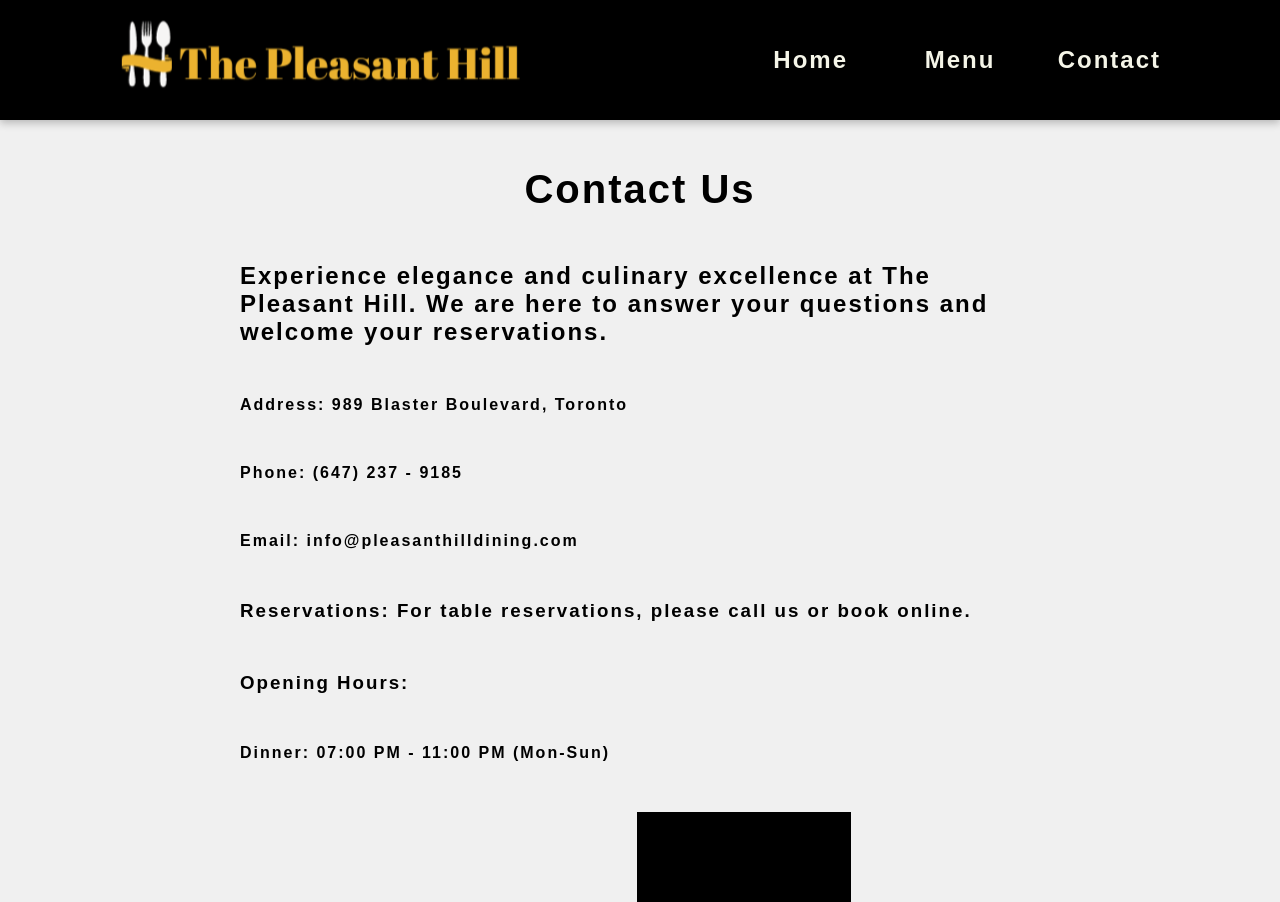
Repository: shayanabedi98/pleasant-hill-restaurant
Page: /, after clicking the first element matching `ul > :nth-child(3)`
An editor plug-in stored every save of this project. The page is shown before and after the next save, followed by the edit.
The browser window is 1280 px wide. The pictures show the part of the page from y = 0 to 902 px (the page is 1462 px tall before and 1302 px after).
Pictures or frames that could not be fetched are drawn as grey boxes. Some web fonts or font styles are not loaded; a fallback is used. The project was rebuilt for these pictures with package versions that can differ from the ones it lists, and the page was loaded fresh each time. Also part of the build but not shown: vite.config.js, src/components/MenuList.jsx, src/components/Appetizers.jsx, src/components/Entrees.jsx, src/components/Desserts.jsx, src/components/Drinks.jsx, src/components/Menu.jsx, src/index.css.

Above is the page before, as saved 2024-01-08 16:43:38.

After the next save:
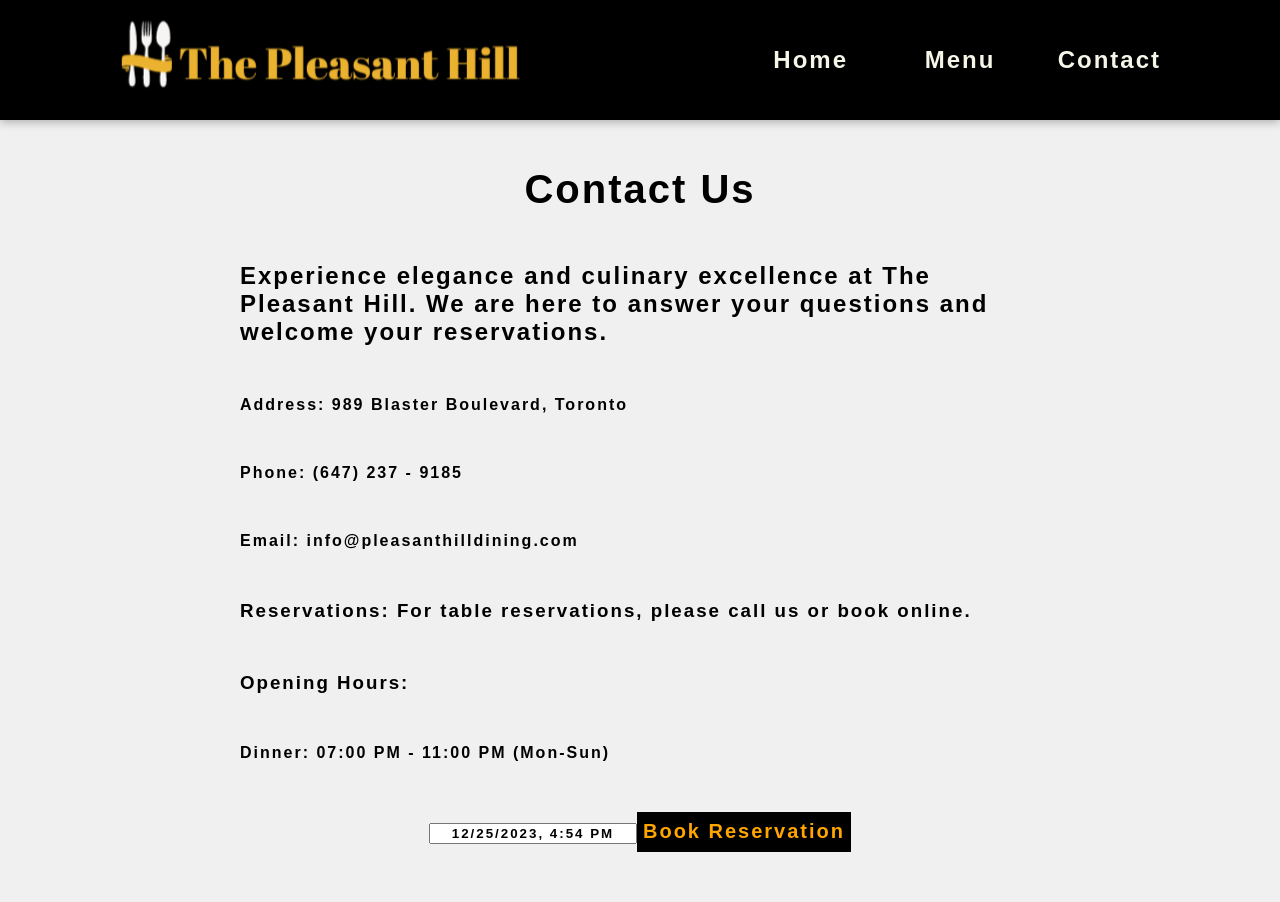
Saved 7 s later.
--- a/src/App.css
+++ b/src/App.css
@@ -266,7 +266,7 @@ width: 120px;
 }
 
 .contact button {
-  height: 200px;
+  height: 40px;
   cursor: pointer;
   border: none;
   background-color: black;
